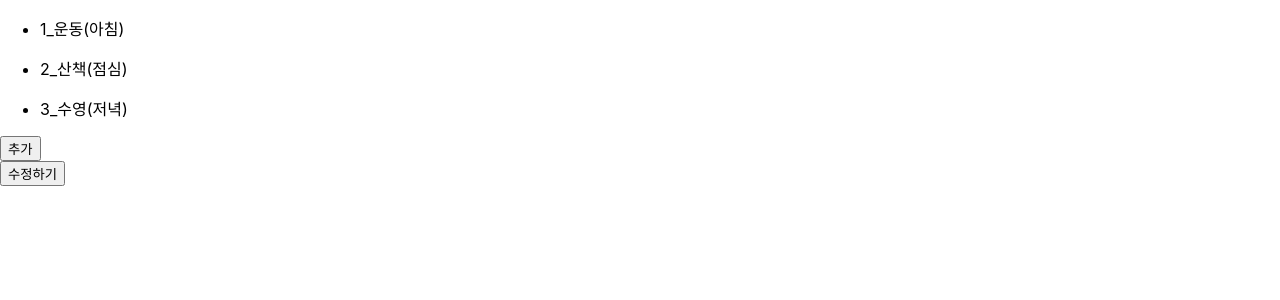
Repository: 0gunkim/REACT-TODO-PRAC
Page: / (app in todo/)
These files come from the project's save history. The page is drawn as it stood at one moment and after the next save; the edit follows.
The browser window is 1280 px wide. The pictures show the whole page.
The project was rebuilt for these pictures with package versions that can differ from the ones it lists, and the page was loaded fresh each time.

Above is the page before, as saved 2023-01-04 14:55:26.

After the next save:
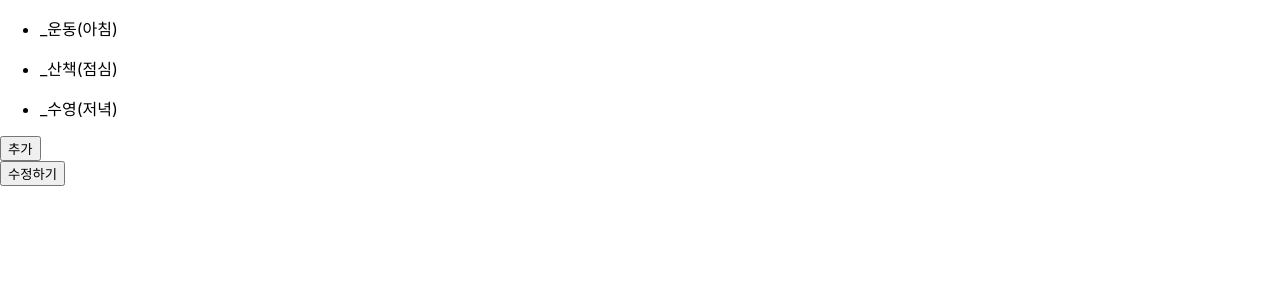
Saved 2 min 5 s later.
--- a/todo/src/pages/TodoList.jsx
+++ b/todo/src/pages/TodoList.jsx
@@ -13,7 +13,7 @@ export default function TodoList() {
                 return(
                 <div key={list.id}>
                     <ul>
-                        <li>{list.id}_{list.title}({list.time})</li>
+                        <li>{list.index}_{list.title}({list.time})</li>
                     </ul>
                 </div>
 
